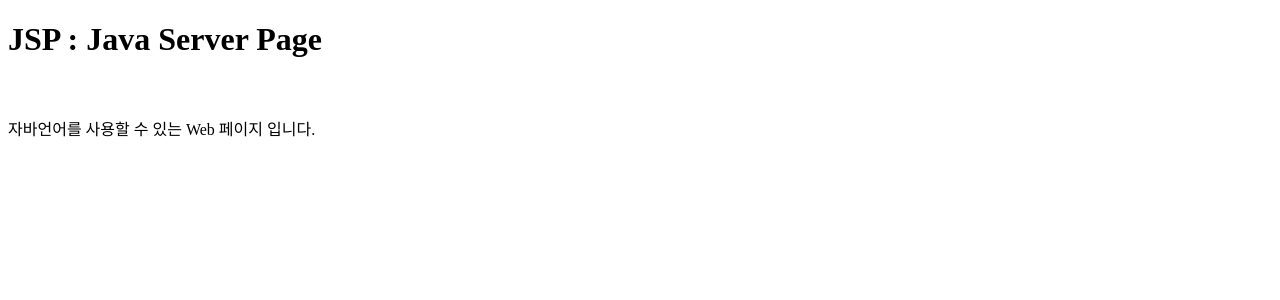
Repository: hyunh84/jsp_study
Page: http://localhost/Day01/j04_directive.jsp
These files come from the project's save history. The page is drawn as it stood at one moment and after the next save; the edit follows.
The browser window is 1280 px wide. The pictures show the whole page.
The page is served by Tomcat 9.

Above is the page before, as saved 2015-09-05 04:18:50.

After the next save:
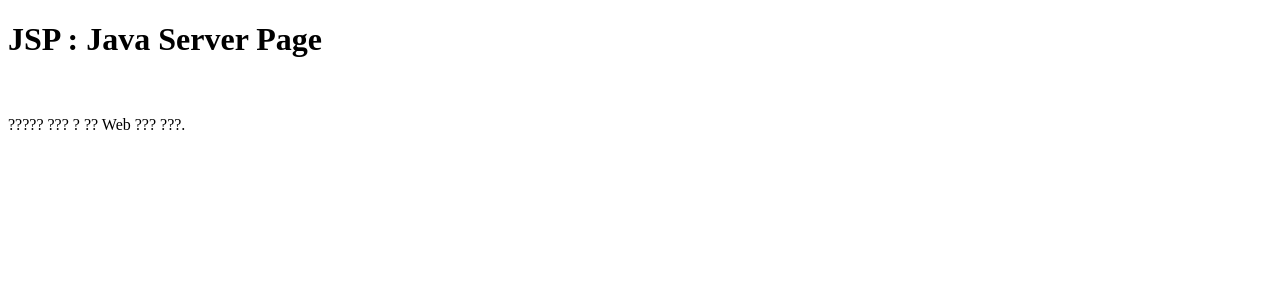
Saved 34 s later.
--- a/MyWorks/Day01/WebContent/j04_directive.jsp
+++ b/MyWorks/Day01/WebContent/j04_directive.jsp
@@ -1,4 +1,4 @@
-<%@ page language="java" contentType="text/html; charset=EUC-KR"
+<%@ page language="java" contentType=""
     pageEncoding="EUC-KR"%>
 
     <%--

After the save that followed:
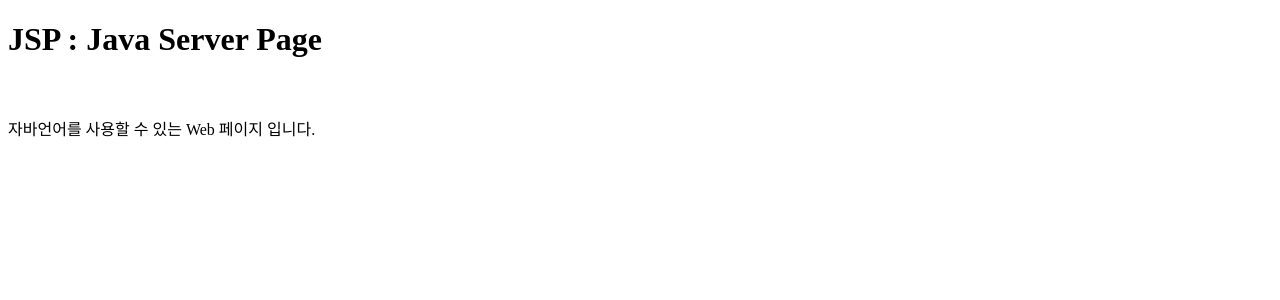
Saved 14 s later.
--- a/MyWorks/Day01/WebContent/j04_directive.jsp
+++ b/MyWorks/Day01/WebContent/j04_directive.jsp
@@ -1,4 +1,4 @@
-<%@ page language="java" contentType=""
+<%@ page language="java" contentType="text/html; charset=EUC-KR"
     pageEncoding="EUC-KR"%>
 
     <%--
